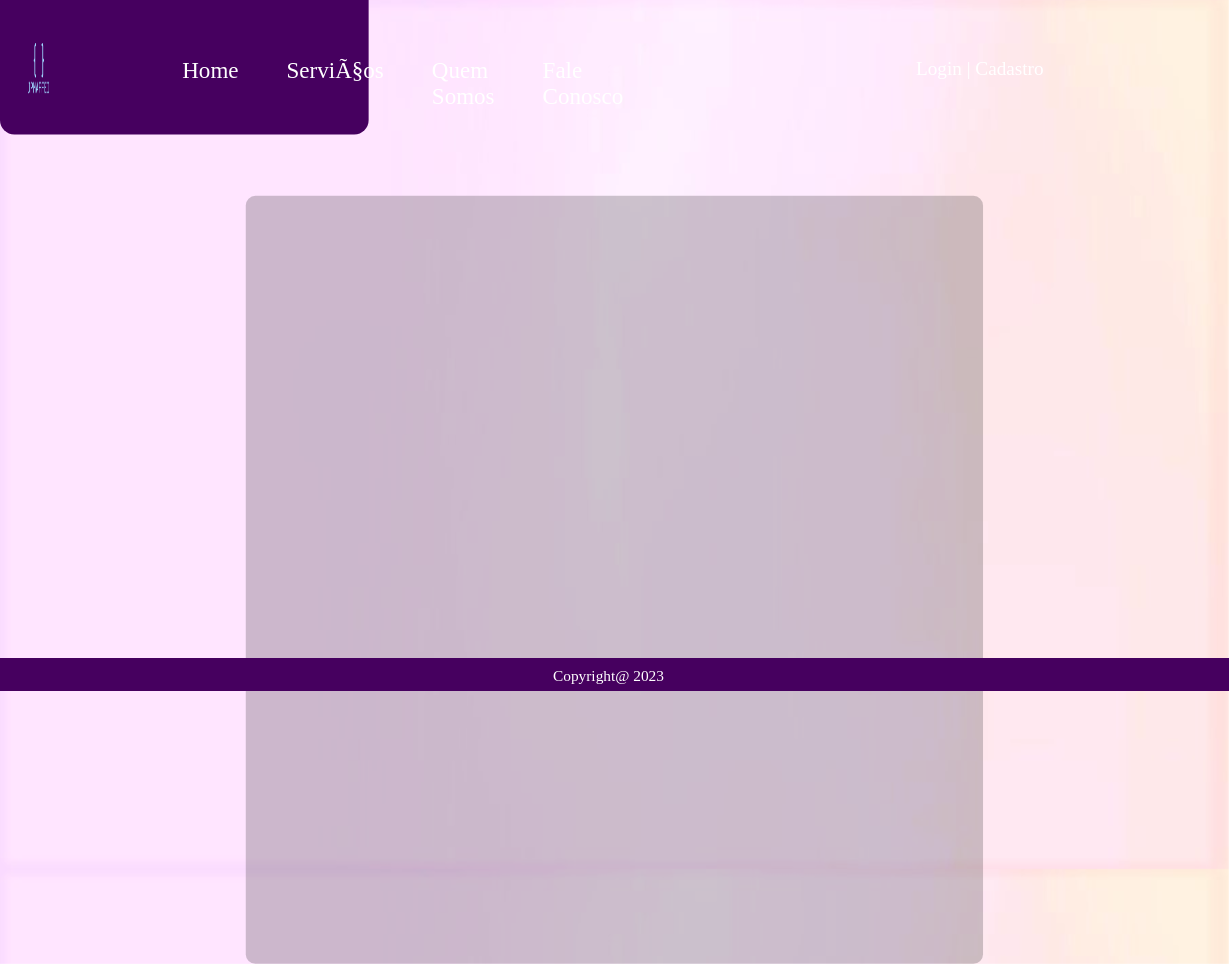
Repository: jpmaffei18/PROJETO_JAVA
Page: http://localhost/FinalWeb/
An editor plug-in stored every save of this project. The page is shown before and after the next save, followed by the edit.
The browser window is 1280 px wide. The pictures show the whole page, at 96% of full size.
Backgrounds fixed to the window are drawn as part of the page. The page is served by Tomcat 9.

Above is the page before, as saved 2023-04-03 11:41:49.

After the next save:
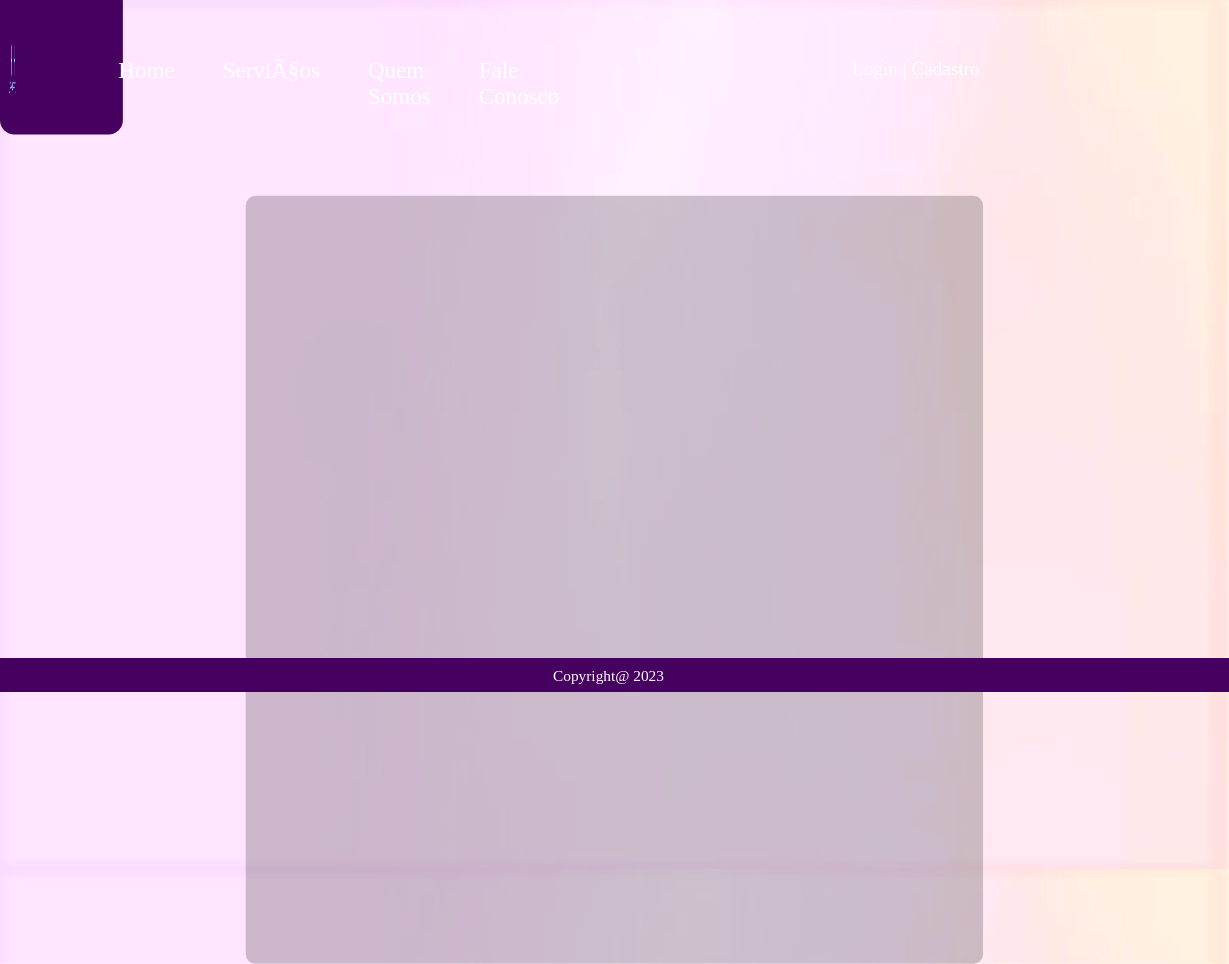
Saved 42 s later.
--- a/FinalWeb/src/main/webapp/home.css
+++ b/FinalWeb/src/main/webapp/home.css
@@ -13,7 +13,7 @@ body{
 
 header{
     background-color: #46005F;
-    width: 30%;
+    width: 10%;
     height: 140px;
     border-bottom-left-radius: 15px;
     border-bottom-right-radius: 15px;

After the 2 saves that followed:
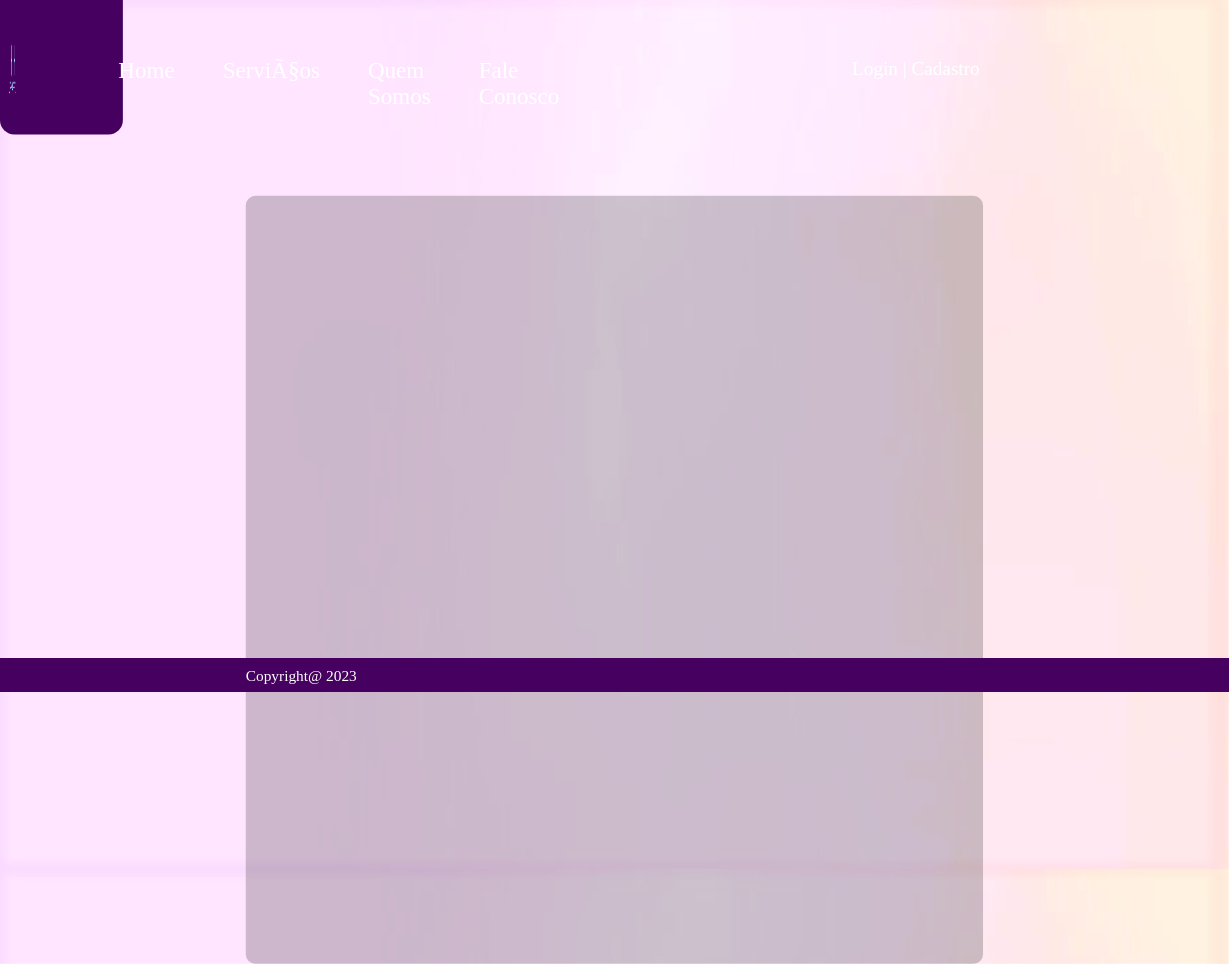
The 2 saves are shown as one change because 1 left the picture as it was.
The last was saved 35 s later.
--- a/FinalWeb/src/main/webapp/home.css
+++ b/FinalWeb/src/main/webapp/home.css
@@ -1,7 +1,7 @@
 @charset "ISO-8859-1";
 
 body{
-    margin: 0;
+    	margin: 0;
         background: url(imagens/fundoroxo.jpg) center center no-repeat fixed;
         -webkit-background-size: cover;
         -moz-background-size: cover;
@@ -77,7 +77,7 @@ left: 0;
 }
 
 .rodape p{
-	margin-left: 45%;
+	margin-left: 20%;
 	margin-top: 10px;
 	color:white;
 }
